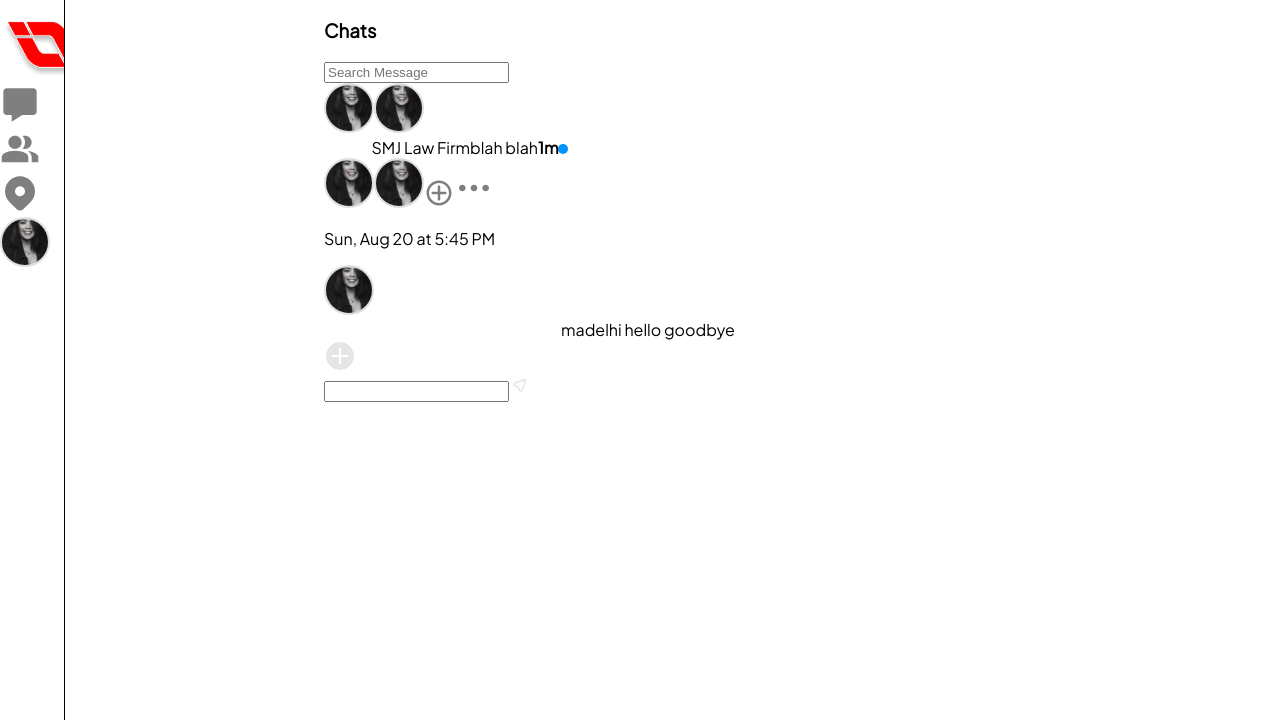
Repository: Nicktacku/LawChat
Page: /homechat (app in frontend/lawchat/)
An editor plug-in stored every save of this project. The page is shown before and after a run of saves, followed by the edit.
The browser window is 1280 px wide. The pictures show the whole page.
The project was rebuilt for these pictures with package versions that can differ from the ones it lists, and the page was loaded fresh each time. Also part of the build but not shown: frontend/lawchat/src/styles/button.css, frontend/lawchat/src/components/Button.js, frontend/lawchat/src/pages/Home.js, frontend/lawchat/src/pages/Login.js, frontend/lawchat/src/pages/Test.js.

Above is the page before, as saved 2024-08-15 14:17:23.

### frontend/lawchat/public/index.html
<!DOCTYPE html>
<html lang="en">
  <head>
    <meta charset="utf-8" />
    <link rel="icon" href="%PUBLIC_URL%/favicon.ico" />
    <meta name="viewport" content="width=device-width, initial-scale=1" />
    <meta name="theme-color" content="#000000" />
    <meta
      name="description"
      content="Web site created using create-react-app"
    />
    <link rel="apple-touch-icon" href="%PUBLIC_URL%/logo192.png" />
    <!--
      manifest.json provides metadata used when your web app is installed on a
      user's mobile device or desktop. See https://developers.google.com/web/fundamentals/web-app-manifest/
    -->
    <link rel="manifest" href="%PUBLIC_URL%/manifest.json" />
    <link
      href="https://fonts.googleapis.com/css?family=Plus Jakarta Sans"
      rel="stylesheet"
    />
    <!--
      Notice the use of %PUBLIC_URL% in the tags above.
      It will be replaced with the URL of the `public` folder during the build.
      Only files inside the `public` folder can be referenced from the HTML.

      Unlike "/favicon.ico" or "favicon.ico", "%PUBLIC_URL%/favicon.ico" will
      work correctly both with client-side routing and a non-root public URL.
      Learn how to configure a non-root public URL by running `npm run build`.
    -->
    <title>React App</title>
  </head>
  <body>
    <noscript>You need to enable JavaScript to run this app.</noscript>
    <div id="root"></div>
    <!--
      This HTML file is a template.
      If you open it directly in the browser, you will see an empty page.

      You can add webfonts, meta tags, or analytics to this file.
      The build step will place the bundled scripts into the <body> tag.

      To begin the development, run `npm start` or `yarn start`.
      To create a production bundle, use `npm run build` or `yarn build`.
    -->
  </body>
</html>

### frontend/lawchat/src/App.js
import Home from "./pages/Home.js";
import Login from "./pages/Login.js";
import HomeChat from "./pages/HomeChat.js";

import {
  createBrowserRouter,
  createRoutesFromElements,
  Route,
  RouterProvider,
} from "react-router-dom";
import Test from "./pages/Test.js";

const router = createBrowserRouter(
  createRoutesFromElements(
    <Route path="/">
      <Route index element={<Home />} />
      <Route path="/login" element={<Login />} />
      <Route path="/homechat" element={<HomeChat />} />
      <Route path="/test" element={<Test />} />
    </Route>
  )
);

function App() {
  return (
    <div className="App">
      {/* <Login /> */}
      <RouterProvider router={router} />
    </div>
  );
}

export default App;

### frontend/lawchat/src/pages/HomeChat.js
import React from "react";

import logo from "../images/logo.svg";
import chaticon from "../images/chaticon.svg";
import friendsicon from "../images/friendsicon.svg";
import locationicon from "../images/locationicon.svg";
import personaldp from "../images/personaldp.svg";

import newchaticon from "../images/newchaticon.svg";
import ChatPreview from "../components/ChatPreview";

import addicon from "../images/addicon.svg";
import tripledoticon from "../images/tripledoticon.svg";
import ChatBubble from "../components/ChatBubble";

import attachicon from "../images/attachicon.svg";

import sendicon from "../images/sendicon.svg";

import "../styles/homechat.css";

const HomeChat = () => {
  return (
    <div className="container">
      <div className="sidebar">
        <img src={logo} className="img" /> <br />
        <img src={chaticon} className="img" /> <br />
        <img src={friendsicon} className="img" /> <br />
        <img src={locationicon} className="img" /> <br />
        <img src={personaldp} className="img" /> <br />
      </div>
      <div className="chats">
        <h3 className="h3">
          <b>Chats</b>
        </h3>
        <image src={newchaticon} />
        <form>
          <input type="text" placeholder="Search Message" />
        </form>
        <ChatPreview name="SMJ Law Firm" preview="blah blah" />
      </div>
      <div className="chat">
        <div className="chat-bar">
          <img src={personaldp} />
          <img src={personaldp} />
          <img src={addicon} />
          <img src={tripledoticon} />
        </div>
        <div className="chat-content">
          <p>Sun, Aug 20 at 5:45 PM</p>
          <ChatBubble name="madel" message="hi hello goodbye" />
        </div>
        <div className="chatbox">
          <img src={attachicon} />
          <form>
            <input type="text" placeholder="" />
            <img src={sendicon} />
          </form>
        </div>
      </div>
    </div>
  );
};

export default HomeChat;

### frontend/lawchat/src/styles/home.css
body {
    font-family: 'Plus Jakarta Sans';
}

.body {
    padding-left: 5%;
    padding-right: 5%;
}

.navbar {
    overflow: hidden;
    border-bottom: 1px solid rgba(129, 133, 137, 0.3);
    padding-left: 3%;
    padding-right: 3%;
}



.nav-list {
    list-style-type: none;
    margin: 0;
    padding: 0;
    text-align: center;
}

.nav-item {
    float: right;
    padding: 2vh;
}

.logo{
    overflow: hidden;
    float:left;
}

.body-content {
    width: 40%;
    float: left;
    justify-content: center;
}

.body-image {
    width: 60%;
    float: right;
}

.h1{
    font-size: 18vh;
    margin-top: 30%;
}

.p {
    font-size: 5vh;
    color: gray;
}

.stores {
    justify-content: space-around;
}

.body-image {
    position: relative;
}

/* .body-image-content {
    position: absolute;
    width: 100px;
    height: 100px;
    border: 1px solid red;
} */

### frontend/lawchat/src/components/ChatPreview.js
import React from "react";

import personaldp from "../images/personaldp.svg";
import bluedot from "../images/bluedot.svg";

function ChatPreview(props) {
  return (
    <div className="container">
      <div className="images">
        <img src={personaldp} />
        <img src={personaldp} />
      </div>
      <div className="body">
        {props.name}
        {props.preview}
        <b>1m</b>
        <img src={bluedot} />
      </div>
    </div>
  );
}

export default ChatPreview;

### frontend/lawchat/src/components/ChatBubble.js
import React from "react";

import personaldp from "../images/personaldp.svg";

function ChatBubble(props) {
  return (
    <div className="container">
      <img src={personaldp} />
      <div className="chat">
        {props.name}
        {props.message}
      </div>
    </div>
  );
}

export default ChatBubble;

### frontend/lawchat/src/styles/homechat.css
.sidebar {
    height: 100%;
    width: 5%;
    position: fixed;
    top: 0;
    left: 0;
    overflow-x: hidden;
    padding-top: 16px;
    border-right: 1px solid black;
  }

.chat {
    margin-left: 25%
}

.chats {
    margin-left: 25%
}

.img{
    width: auto;
  }

Loaded but not shown: frontend/lawchat/src/index.js (common file)

After the next 2 saves:
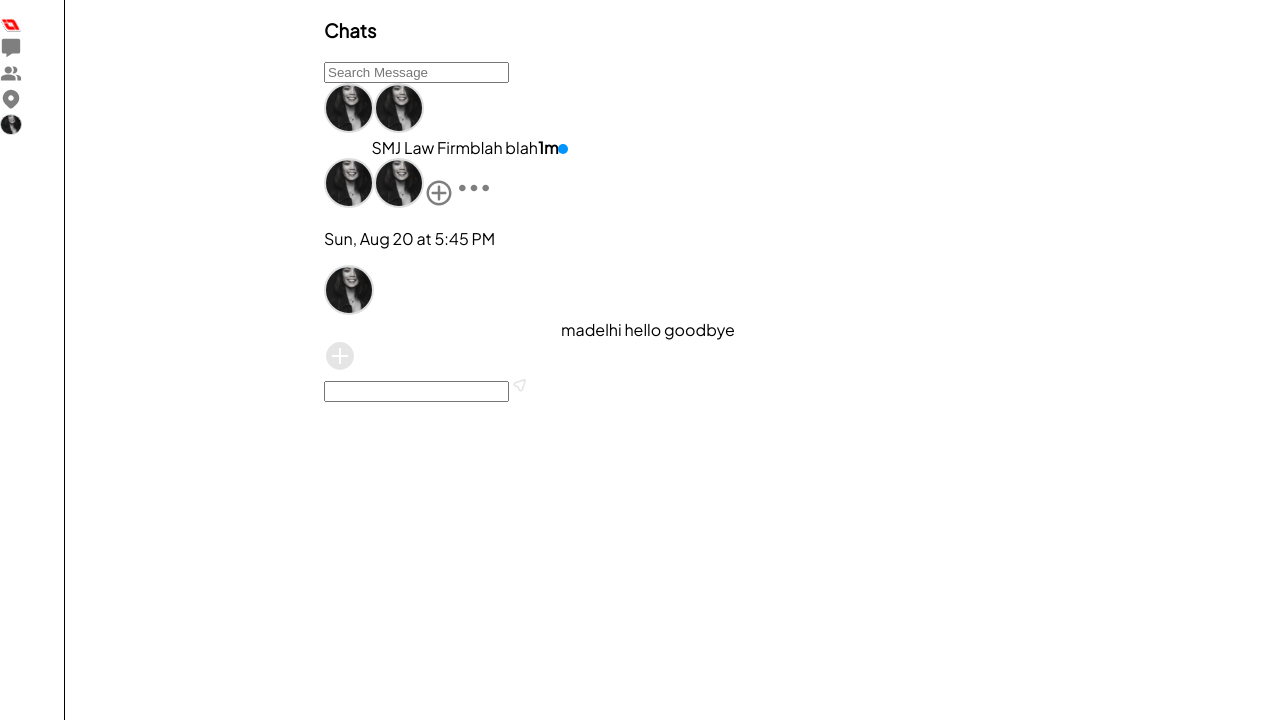
The 2 saves are shown as one change because they came seconds apart.
The last was saved 11 s later.
--- a/frontend/lawchat/src/styles/homechat.css
+++ b/frontend/lawchat/src/styles/homechat.css
@@ -18,5 +18,5 @@
 }
 
 .img{
-    width: auto;
+    width: 3vh;
   }
